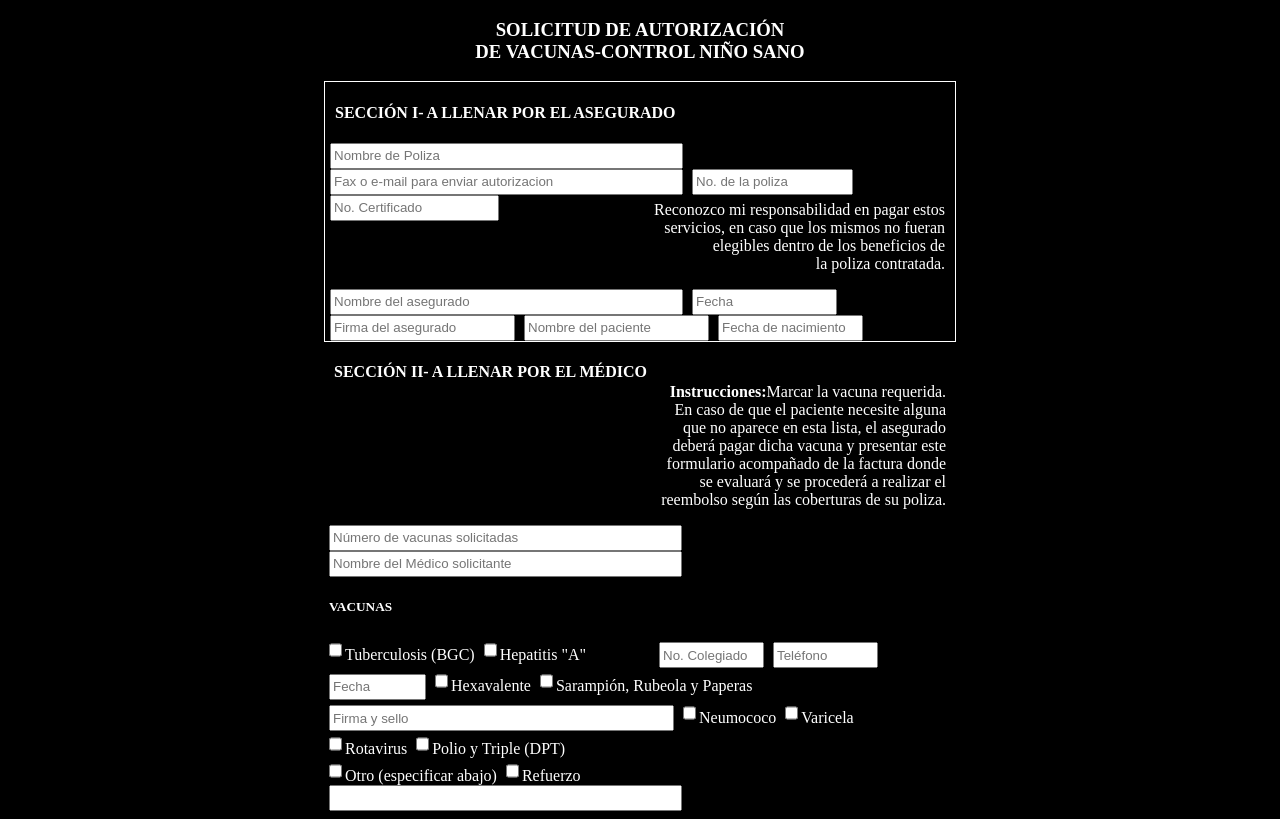
Repository: pabloestradagt/proyectobootstrap
Page: css/formulario.html
The author's editor kept a record of every edit. The page is drawn from the files as they stood at one moment, then again after the next edit.
The browser window is 1280 px wide. The pictures show the whole page.

Above is the page before.

After the next edit:
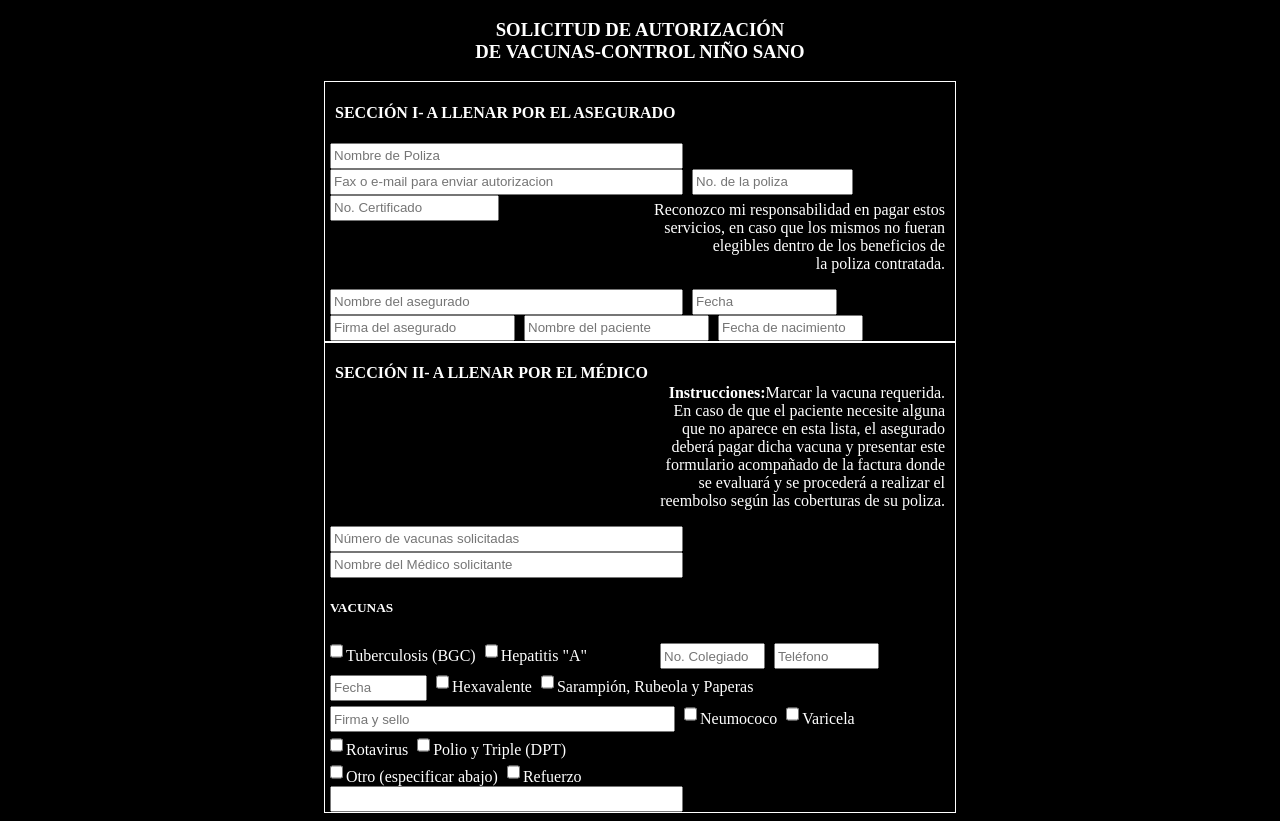
The edit:
--- a/css/css/codigo.css
+++ b/css/css/codigo.css
@@ -40,7 +40,7 @@
     margin-right:10px;
 }
 
-#caja2 {
+.caja2 {
     color:white;
     border:1px solid;
 }
